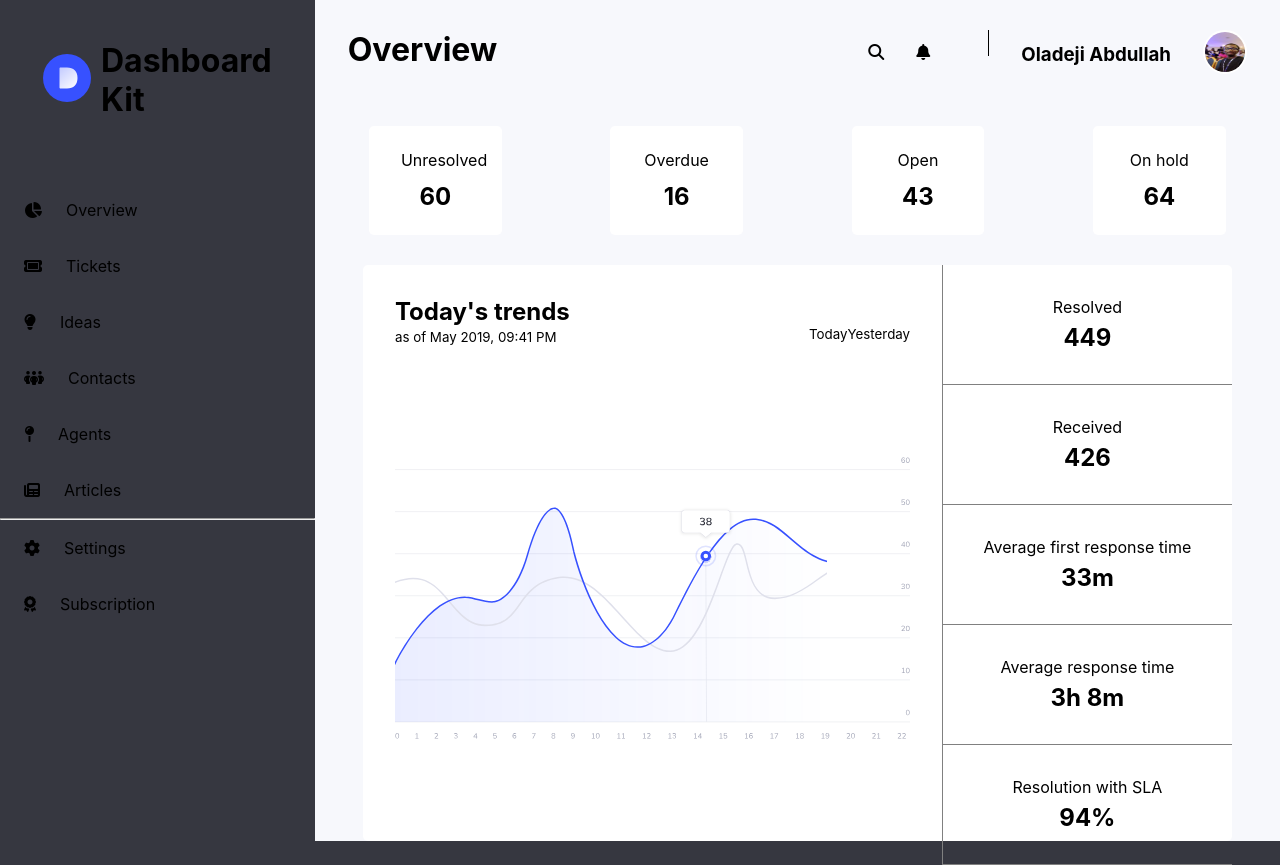
Repository: BuduCE/dashboard
Page: /
The author's editor kept a copy of each file at every save. The page is drawn from the files as they stood at one save, then again after the next save.
The browser window is 1280 px wide. The pictures show the whole page.
Some web libraries are served in a nearby version. The project was rebuilt for these pictures with package versions that can differ from the ones it lists, and the page was loaded fresh each time.

Above is the page before, as saved 2022-08-03 23:41:10.

### public/index.html
<!DOCTYPE html>
<html lang="en">
  <head>
    <meta charset="utf-8" />
    <link rel="icon" href="%PUBLIC_URL%/favicon.ico" />
    <meta name="viewport" content="width=device-width, initial-scale=1" />
    <meta name="theme-color" content="#000000" />
    <meta
      name="description"
      content="Web site created using create-react-app"
    />
    <link rel="apple-touch-icon" href="%PUBLIC_URL%/logo192.png" />
    <!--
      manifest.json provides metadata used when your web app is installed on a
      user's mobile device or desktop. See https://developers.google.com/web/fundamentals/web-app-manifest/
    -->
    <link rel="manifest" href="%PUBLIC_URL%/manifest.json" />
    <!--
      Notice the use of %PUBLIC_URL% in the tags above.
      It will be replaced with the URL of the `public` folder during the build.
      Only files inside the `public` folder can be referenced from the HTML.

      Unlike "/favicon.ico" or "favicon.ico", "%PUBLIC_URL%/favicon.ico" will
      work correctly both with client-side routing and a non-root public URL.
      Learn how to configure a non-root public URL by running `npm run build`.
    -->

    <!-- Font-Awesome  -->
    <link
      rel="stylesheet" href="https://cdnjs.cloudflare.com/ajax/libs/font-awesome/6.1.1/css/all.min.css" integrity="sha512-KfkfwYDsLkIlwQp6LFnl8zNdLGxu9YAA1QvwINks4PhcElQSvqcyVLLD9aMhXd13uQjoXtEKNosOWaZqXgel0g==" crossorigin="anonymous" referrerpolicy="no-referrer"
    />
    <title>Admin Dashboard</title>
  </head>
  <body>
    <noscript>You need to enable JavaScript to run this app.</noscript>
    <div id="root"></div>
    <!--
      This HTML file is a template.
      If you open it directly in the browser, you will see an empty page.

      You can add webfonts, meta tags, or analytics to this file.
      The build step will place the bundled scripts into the <body> tag.

      To begin the development, run `npm start` or `yarn start`.
      To create a production bundle, use `npm run build` or `yarn build`.
    -->
  </body>
</html>

### src/index.css
* {
  margin: 0;
  padding: 0;
  box-sizing: border-box;
}
body {
  margin: 0;
  font-family: -apple-system, BlinkMacSystemFont, 'Segoe UI', 'Roboto', 'Oxygen',
    'Ubuntu', 'Cantarell', 'Fira Sans', 'Droid Sans', 'Helvetica Neue',
    sans-serif;
  -webkit-font-smoothing: antialiased;
  -moz-osx-font-smoothing: grayscale;
  background: rgba(54, 55, 64, 1);
}

code {
  font-family: source-code-pro, Menlo, Monaco, Consolas, 'Courier New',
    monospace;
}

### src/App.js
import './App.css';
// import Overview from './pages/Overview';
// import Header from './components/common/Header';
import Sidenav from './components/common/SideNav';
// import Login from './pages/Login';

function App() {
  return (
    <div className="App">
      <Sidenav />
    </div>
  );
}

export default App;

### src/components/common/SideNav/index.jsx
import React from 'react'
import Overview from '../../../pages/Overview'
import Header from '../Header'
import Logo from '../Logo'
import './styles.css'

const Sidenav = () => {
  return (
    <div className='dashboard'>
        <div className="navbar">
            <div className="logo">
                <Logo />
                <h1>Dashboard Kit</h1>
            </div>
            <div className="heading">
                <i className='fas fa-chart-pie'></i>
                <p>Overview</p>
            </div>
            <div className="heading">
                <i className='fas fa-ticket'></i>
                <p>Tickets</p>
            </div>
            <div className="heading">
                <i className='fas fa-lightbulb'></i>
                <p>Ideas</p>
            </div>
            <div className="heading">
                <i className='fas fa-people-group'></i>
                <p>Contacts</p>
            </div>
            <div className="heading">
                <i className='fas fa-map-pin'></i>
                <p>Agents</p>
            </div>
            <div className="heading">
                <i className='fas fa-newspaper'></i>
                <p>Articles</p>
            </div>
            <hr />
            <div className="heading">
                <i className='fas fa-gear'></i>
                <p>Settings</p>
            </div>
            <div className="heading">
                <i className='fas fa-award'></i>
                <p>Subscription</p>
            </div>

        </div>
        <div className="info">
            <Header />
            <Overview />
        </div>
    </div>
  )
}

export default Sidenav

### src/pages/Overview/index.jsx
import React from 'react'
import './styles.css'
import TrendMap from './graph.svg'

const Overview = () => {
  return (
    <div className='overview_pg'>
        {/* Specific status */}
        <div className="overview_stat">
            <div className="overview_info">
                <p>Unresolved</p>
                <h2>60</h2>
            </div>
            <div className="overview_info">
                <p>Overdue</p>
                <h2>16</h2>
            </div>
            <div className="overview_info">
                <p>Open</p>
                <h2>43</h2>
            </div>
            <div className="overview_info">
                <p>On hold</p>
                <h2>64</h2>
            </div>
        </div>

        {/* Today's trend */}
        <div className="trends">
            <div className="trends_head">
                <div className="trends_headT">
                    <div className="trend_title">
                        <h2>Today's trends</h2>
                    </div>
                    <div className="trend_title_stat">
                        <div className="trend_date">
                            <small>as of May 2019, 09:41 PM</small>
                        </div>
                        <div className="trend_day">
                            <small>Today</small>
                            <small>Yesterday</small>
                        </div>
                    </div>
                </div>

                <div className="trends_headB">
                    <img src={TrendMap} alt="Trend Chart" />
                </div>
            </div>

            <div className="trends_summary">
                <div className="summary_type">
                    <p>Resolved</p>
                    <h2>449</h2>
                </div>
                <div className="summary_type">
                    <p>Received</p>
                    <h2>426</h2>
                </div>
                <div className="summary_type">
                    <p>Average first response time</p>
                    <h2>33m</h2>
                </div>
                <div className="summary_type">
                    <p>Average response time</p>
                    <h2>3h 8m</h2>
                </div>
                <div className="summary_type">
                    <p>Resolution with SLA</p>
                    <h2>94%</h2>
                </div>
            </div>
        </div>
    </div>
  )
}

export default Overview

### src/components/common/Header/index.jsx
import React from 'react'
import './styles.css'
import budu from './budu.jpg'

const Header = () => {
  return (
    <div className='head_er'>
        <div className="headerL">
            <h1>Overview</h1>
        </div>
        <div className="headerR">
            <i className='fas fa-magnifying-glass icon'></i>
            <i className='fas fa-bell icon bell'></i>
            <h3>Oladeji Abdullah</h3>
            <img src={budu} alt="" />
        </div>
    </div>
  )
}

export default Header

### src/components/common/Logo/index.jsx
import React from 'react'
import companyLogo from './logo.svg'

const Logo = () => {
  return (
    <div>
        <img src={companyLogo} alt="" />
    </div>
  )
}

export default Logo

### src/components/common/SideNav/styles.css
.dashboard{
    display: grid;
    grid-template-columns: 1fr 4fr;
}
.navbar{
    padding: 41px 0;
}
.logo{
    display: flex;
    padding: 43px 43px;
    padding-bottom: 63px;
    padding-top: 0;
    align-items: center;
}
.logo h1{
    margin-left: 10px;
}
.heading{
    width: 100%;
    display: flex;
    padding: 18px 24px;
    align-items: center;
}
.heading p{
    margin-left: 24px;
}
.heading:hover{
    border-left: 1px solid #fff;
    color: #fff;
}
.info{
    background: #F7F8FC;
    /* height: 100vh; */
}

### src/pages/Overview/styles.css
.overview_pg{
    margin-top: 54px;
}
.overview_stat{
    display: grid;
    grid-template-columns: 1fr 1fr 1fr 1fr;
    /* justify-content: space-evenly; */
    width: 100%;
}
.overview_info{
    display: flex;
    flex-direction: column;
    text-align: center;
    /* border: 1px solid; */
    border-radius: 5px;
    padding: 24px 32px;
    background: #fff;
    box-shadow: 15px;
    width: 55%;
    margin: auto;
}
.overview_info p{
    padding-bottom: 12px;
}

/* trend  */
.trends{
    width: 90%;
    background: #fff;
    margin: auto;
    border-radius: 5px;
    height: 80vh;
    margin-top: 30px;
    display: grid;
    grid-template-columns: 2fr 1fr;
    margin-top: 30px;
}
.trends_head{
    padding: 32px;
}
.trend_title_stat{
    display: flex;
    justify-content: space-between;
}
.trend_day{
    display: flex;
    justify-content: space-evenly;
}
.trends_headB img{
    width: 100%;
    margin-top: 54px;
    height: 55vh;
}

/* summary  */
.trends_summary{
    display: grid;
    grid-template-rows: 1fr 1fr 1fr 1fr 1fr;
}
.summary_type{
    padding: 32px;
    border-left: 1px solid grey;
    border-bottom: 1px solid grey;
    text-align: center;
}
.summary_type p{
    margin-bottom: 6px;
}

### src/components/common/Header/styles.css
.head_er{
    display: flex;
    justify-content: space-between;
    width: 100%;
    height: 10vh;
    padding: 30px 33px;
}
.headerR{
    display: flex;
    justify-content: space-between;
    /* align-items: center; */
}
.icon{
    width: 16px;
    height: 16px;
    padding: 14px 24px;
}
.bell{
    padding-right: 72px;
}
.headerR h3{
    padding: 13px 32px;
    border-left: 1px solid #000;
}
.headerR img{
    width: 44px;
    height: 44px;
    border-radius: 50%;
    border: 2px solid #fff;
}

Loaded but not shown: src/index.js (common file); src/reportWebVitals.js (common file); src/App.css (common file)

After the next save:
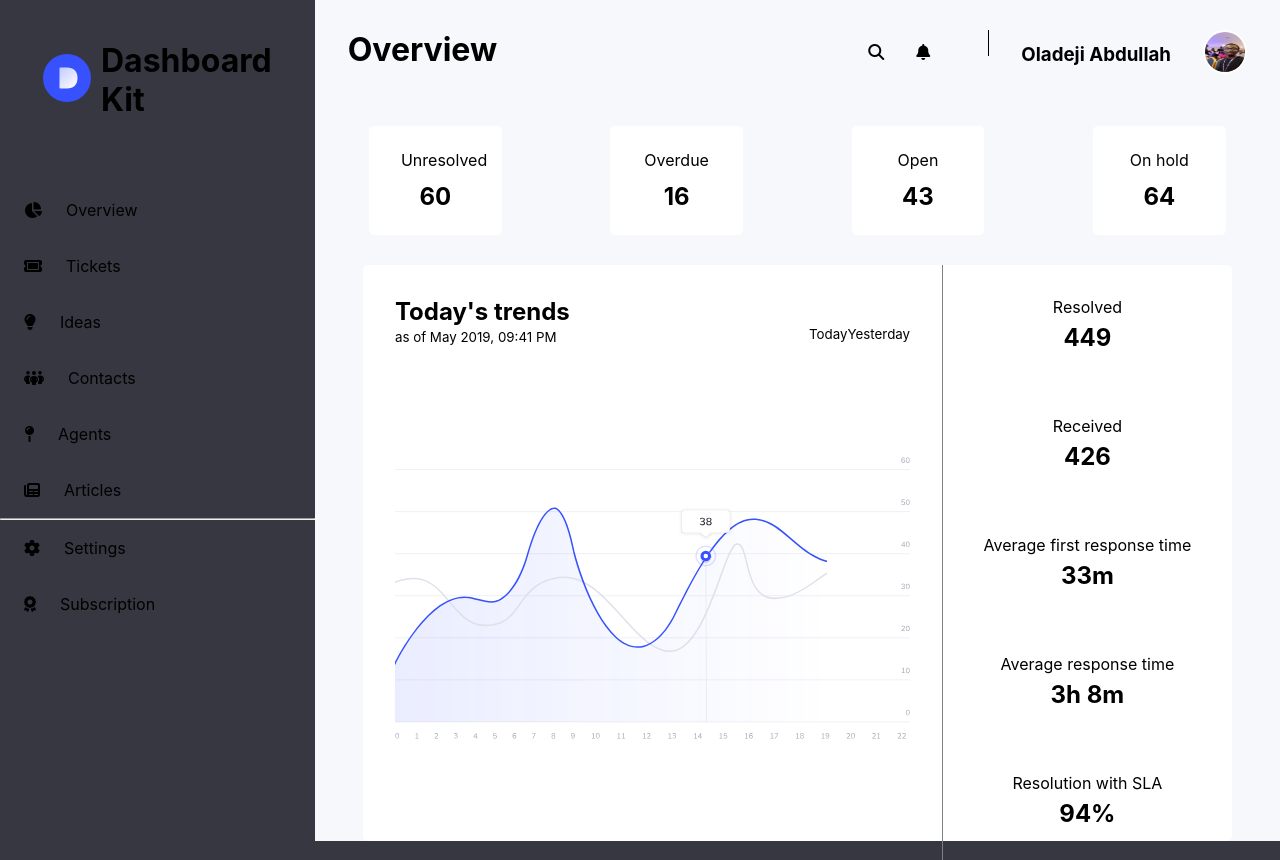
Saved 72 s later.
--- a/src/pages/Overview/styles.css
+++ b/src/pages/Overview/styles.css
@@ -60,7 +60,7 @@
 .summary_type{
     padding: 32px;
     border-left: 1px solid grey;
-    border-bottom: 1px solid grey;
+    border-bottom: 1px solid F7F8FC;
     text-align: center;
 }
 .summary_type p{
